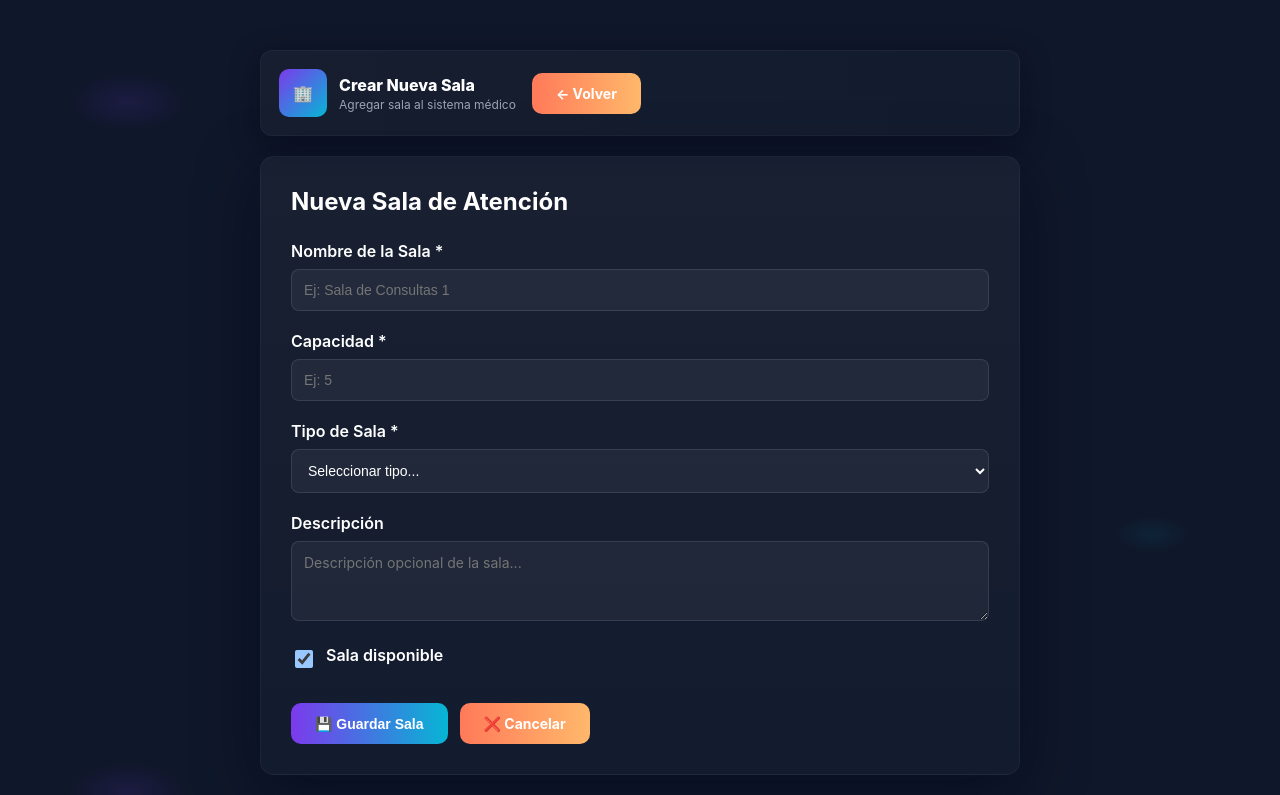
Repository: KeviNozh/eva2_clinica
Page: templates/crear_sala.html
An editor plug-in stored every save of this project. The page is shown before and after the next save, followed by the edit.
The browser window is 1280 px wide. The pictures show the whole page.
The template is drawn by Django 5.2. The application's start-up code is not run. The template is opened directly, without the code that normally fills it, so the values that code supplies are empty.

Above is the page before, as saved 2025-10-14 17:41:15.

After the next save:
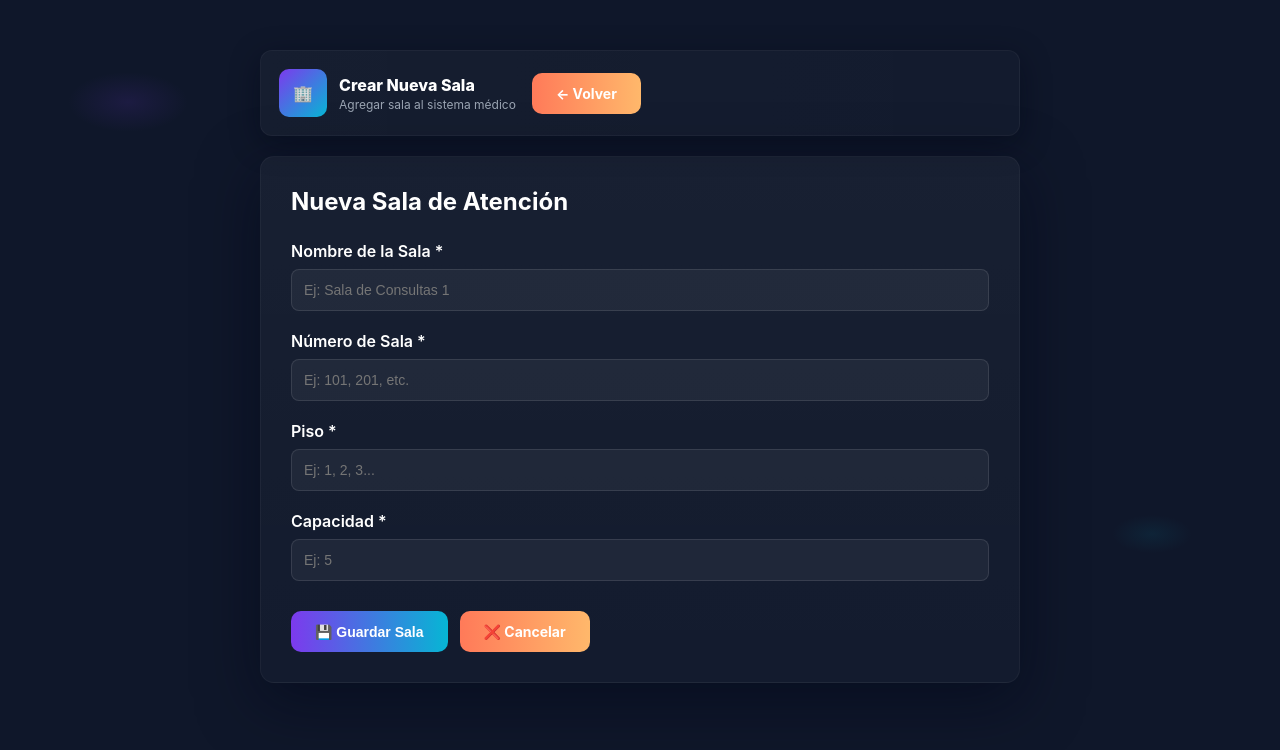
Saved 8 s later.
--- a/templates/crear_sala.html
+++ b/templates/crear_sala.html
@@ -102,7 +102,7 @@
           <div class="subtitle">Agregar sala al sistema médico</div>
         </div>
       </div>
-      <a href="{% url 'crud_salas' %}" class="btn btn-secondary">← Volver</a>
+      <a href="{% url 'crud:crud_salas' %}" class="btn btn-secondary">← Volver</a>
     </header>
 
     <!-- Form -->
@@ -127,41 +127,28 @@
         </div>
 
         <div class="form-group">
+          <label class="form-label">Número de Sala *</label>
+          <input type="text" class="form-input" name="numero" required
+                 placeholder="Ej: 101, 201, etc.">
+        </div>
+
+        <div class="form-group">
+          <label class="form-label">Piso *</label>
+          <input type="number" class="form-input" name="piso" required
+                 placeholder="Ej: 1, 2, 3..." min="1" max="10">
+        </div>
+
+        <div class="form-group">
           <label class="form-label">Capacidad *</label>
           <input type="number" class="form-input" name="capacidad" required
                  placeholder="Ej: 5" min="1" max="50">
-        </div>
-
-        <div class="form-group">
-          <label class="form-label">Tipo de Sala *</label>
-          <select class="form-select" name="tipo" required>
-            <option value="">Seleccionar tipo...</option>
-            <option value="consulta">Consulta</option>
-            <option value="procedimiento">Procedimiento</option>
-            <option value="urgencia">Urgencia</option>
-            <option value="hospitalizacion">Hospitalización</option>
-            <option value="operaciones">Sala de Operaciones</option>
-          </select>
-        </div>
-
-        <div class="form-group">
-          <label class="form-label">Descripción</label>
-          <textarea class="form-textarea" name="descripcion"
-                    placeholder="Descripción opcional de la sala..."></textarea>
-        </div>
-
-        <div class="form-group">
-          <div class="checkbox-group">
-            <input type="checkbox" id="disponible" name="disponible" checked>
-            <label for="disponible" class="form-label">Sala disponible</label>
-          </div>
         </div>
 
         <div class="form-actions">
           <button type="submit" class="btn btn-primary">
             💾 Guardar Sala
           </button>
-          <a href="{% url 'crud_salas' %}" class="btn btn-secondary">
+          <a href="{% url 'crud:crud_salas' %}" class="btn btn-secondary">
             ❌ Cancelar
           </a>
         </div>
